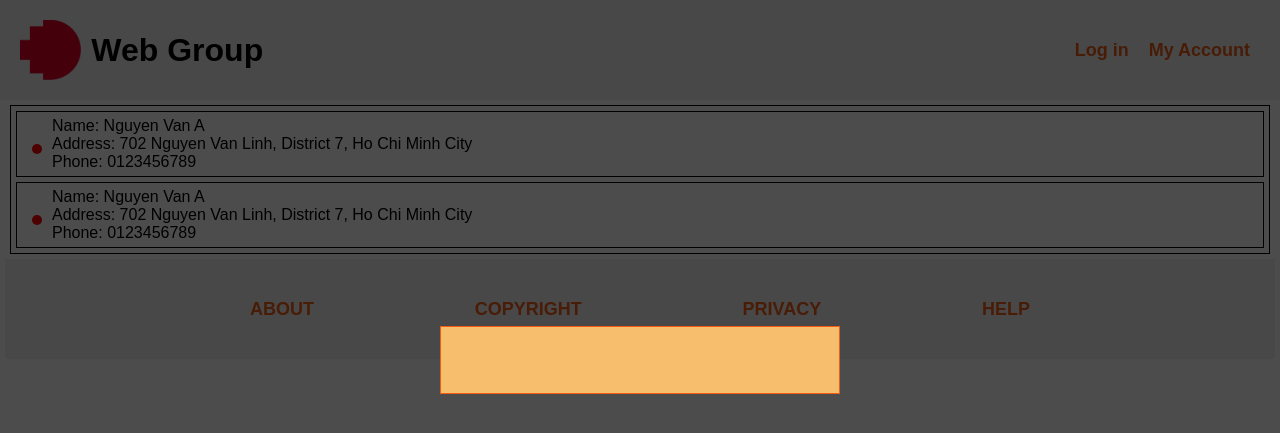
Repository: quynguyn/shoopingweb
Page: shipper.html
These files come from the project's save history. The page is drawn as it stood at one moment and after a run of saves; the edit follows.
The browser window is 1280 px wide. The pictures show the whole page.
After loading, the first visible `div.order` was clicked once.

Above is the page before, as saved 2023-05-04 17:22:57.

### shipper.html
<!DOCTYPE html>
<html lang="en">

<head>
	<meta charset="UTF-8">
	<meta http-equiv="X-UA-Compatible" content="IE=edge">
	<meta name="viewport" content="width=device-width, initial-scale=1.0">
	<title>Shipper</title>
	<link rel="stylesheet" href="Asset/CSS/style.css">
	<link rel="stylesheet" href="Asset/CSS/shipper.css">
	<script src="Asset/JS/shipper.js"></script>
</head>

<body>
	<!-- Header of the page -->
	<header>
		<div class="logo">
			<img src="logo.png" alt="Web Group Logo">
			<h1>Web Group</h1>
		</div>
		<nav>
			<ul>
				<li><a href="#">Log in</a></li>
				<li><a href="#">My Account</a></li>
			</ul>
		</nav>
	</header>
	<div class="main-container">
		<div class="orders-container">
			<div class="order" onclick="popupFunction(event)">
				<div class="activity">
					<svg height="20" width="20">
						<circle cx="15" cy="15" r="5" fill="red" />
					</svg>
				</div>

				<div class="information-container">
					<div class="information">
						<pre>Name: </pre>
						<p class="name">Nguyen Van A</p>
					</div>

					<div class="information">
						<pre>Address: </pre>
						<p class="name">702 Nguyen Van Linh, District 7, Ho Chi Minh City</p>
					</div>

					<div class="information">
						<pre>Phone: </pre>
						<p class="name">0123456789</p>
					</div>
				</div>

				<div class="popupText">

				</div>
			</div>

			<div class="order"  onclick="popupFunction(event)">
				<div class="activity">
					<svg height="20" width="20">
						<circle cx="15" cy="15" r="5" fill="red" />
					</svg>
				</div>

				<div class="information-container">
					<div class="information">
						<pre>Name: </pre>
						<p class="name">Nguyen Van A</p>
					</div>

					<div class="information">
						<pre>Address: </pre>
						<p class="name">702 Nguyen Van Linh, District 7, Ho Chi Minh City</p>
					</div>

					<div class="information">
						<pre>Phone: </pre>
						<p class="name">0123456789</p>
					</div>
				</div>

				<div class="popupText">That's what I'm talking about!</div>
			</div>

			<div id="info-popup" onclick="closeModal(event)">
				<div class="body"></div>
			</div>
		</div>
		<!-- Footer of the page -->
		<footer>
			<div class="footer-links">
				<a href="#">About</a>
				<a href="#">Copyright</a>
				<a href="#">Privacy</a>
				<a href="#">Help</a>
			</div>
		</footer>

</body>

</html>

### Asset/CSS/style.css
/* Reset CSS */
:root {
    --main-color: #F58216;
    --primary-color: #ffb347;
    --secondary-color: #f05e16;
    --white-color: #f2f2f2;
    /* change the name */
}

/* Reset CSS  */
* {
    padding: 0;
    margin: 0;
    box-sizing: border-box;
    text-decoration: none;
    font-family: Arial, Helvetica, sans-serif;
}

/* Header CSS */
header {
    height: 100px;
    background-color:var(--white-color);
    display: flex;
    justify-content: space-between;
    align-items: center;
    padding: 0 20px;
  }

  .logo {
    display: flex;
    align-items: center;
  }

  .logo img {
    height: 60px;
    margin-right: 10px;
  }

  nav ul {
    display: flex;
    list-style: none;
    margin: 0;
    padding: 0;


  }

  nav ul li {
    margin: 0 10px;
  }

  nav ul li a {
    text-decoration: none;
    font-size: 18px;
    font-weight: bold;
    color: var(--secondary-color);
  }

  /* Footer css */
  footer {
    height: 100px;
    background-color: var(--white-color);
    display: flex;
    justify-content: center;
    align-items: center;
    color: var(--white-color);
  }

  footer div {
    display: flex;
    justify-content: space-between;
    width: 80%;
    max-width: 800px;
  }

  footer div a {
    color: var(--secondary-color);
    text-decoration: none;
    margin: 0 10px;
    text-transform: uppercase;
    font-weight: bold;
    font-size: large;
  }

### Asset/CSS/shipper.css
.main-container {
	margin: 5px;
}

.orders-container {
	margin: 5px;
	border: 1px solid black;
}

.order {
	margin: 5px;
	border: 1px solid black;
	padding: 5px;
	display: flex;
	flex-direction: row;
	align-items: center;
}

.activity {
	width: 20px;
	height: 20px;
	margin-right: 10px;
}

.information {
	display: flex;
	flex-direction: row;
	align-items: center;
}

#info-popup {
	z-index: 1;
	display: none;
	position: fixed;
	top: 0;
	left: 0;
	width: 100vw;
	height: 100vh;
}

#info-popup .body {
	width: 400px;
	background: #F7BE6D;
	border: 1px solid #F05E16;
	padding: 15px 25px;
}

.info-popup-data {
	display: flex !important;
	justify-content: center;
	align-items: center;
	background: rgba(0, 0, 0, 0.7);
}

.popupText {
	display: none;
}

### Asset/JS/shipper.js
const $ = document.querySelector.bind(document);
const mdl = $('#info-popup');

function popupFunction(e) {
  const targ = e.target;
  const prnt = targ.closest('div.order');
  const chldn = prnt.childNodes;
  console.log(chldn);
  const txt = [...chldn].filter((d) => d.className === 'popupText');
  const msg = txt[0].innerText;
  $('#info-popup .body').innerText = msg;
  $('#info-popup').classList.add('info-popup-data');
}
function closeModal(e){
  e.target.classList.remove('info-popup-data');
}

After the next 2 saves:
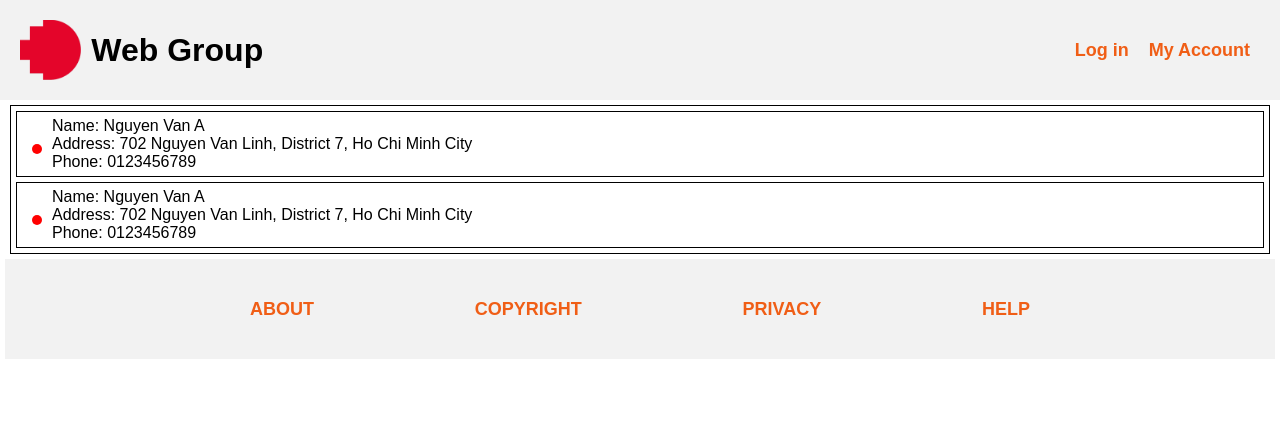
Console error: SyntaxError: Unexpected token ';'
The 2 saves are shown as one change because they came seconds apart.
The last was saved 7 min 36 s later.
--- a/Asset/JS/shipper.js
+++ b/Asset/JS/shipper.js
@@ -5,9 +5,8 @@
   const targ = e.target;
   const prnt = targ.closest('div.order');
   const chldn = prnt.childNodes;
-  console.log(chldn);
   const txt = [...chldn].filter((d) => d.className === 'popupText');
-  const msg = txt[0].innerText;
+  const msg = txt[0].;
   $('#info-popup .body').innerText = msg;
   $('#info-popup').classList.add('info-popup-data');
 }

After the save that followed:
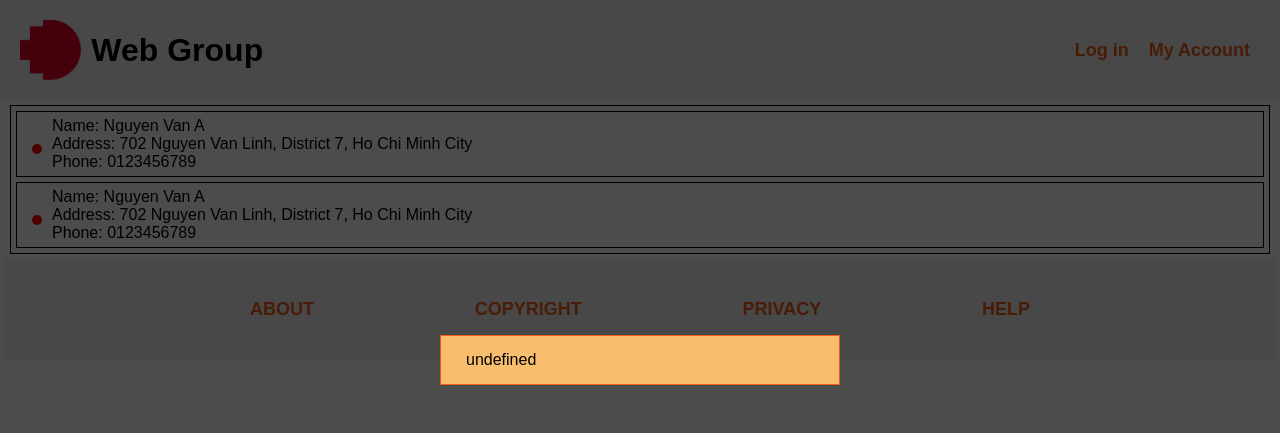
The error is gone.
Saved 5 s later.
--- a/Asset/JS/shipper.js
+++ b/Asset/JS/shipper.js
@@ -6,7 +6,7 @@
   const prnt = targ.closest('div.order');
   const chldn = prnt.childNodes;
   const txt = [...chldn].filter((d) => d.className === 'popupText');
-  const msg = txt[0].;
+  const msg = txt[0].in;
   $('#info-popup .body').innerText = msg;
   $('#info-popup').classList.add('info-popup-data');
 }
